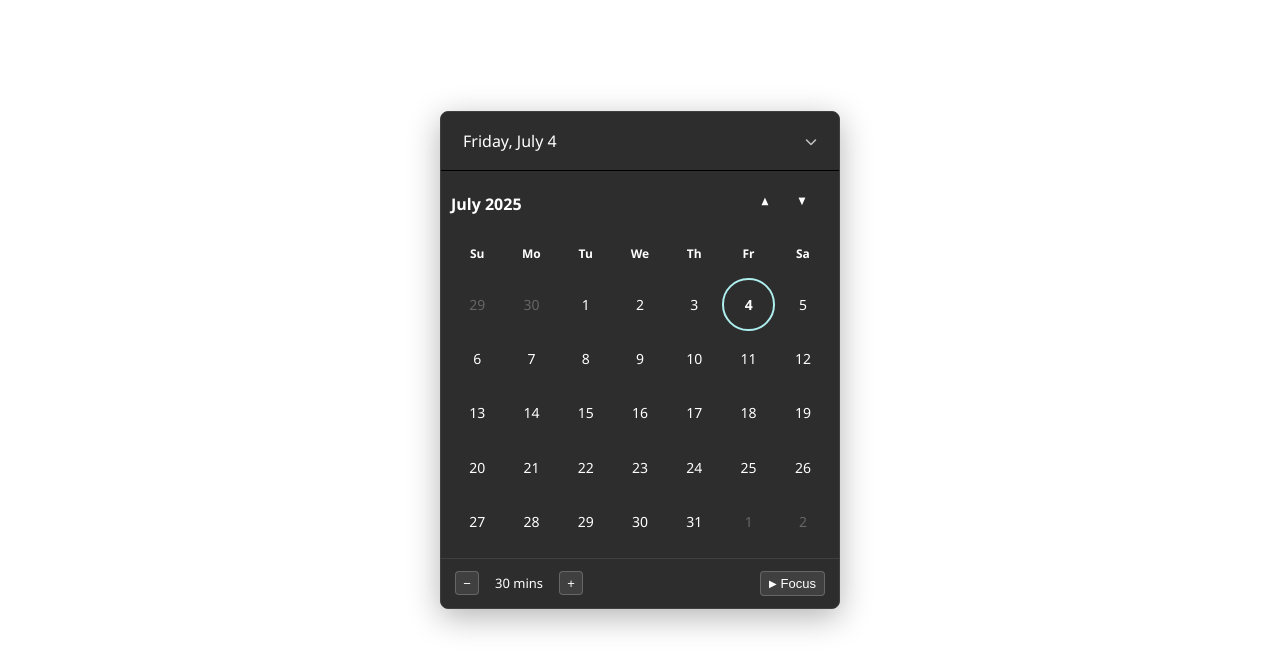
Repository: ThuTrang-jvb/JVB_BT2
Page: index.html
These files come from the project's save history. The page is drawn as it stood at one moment and after a run of saves; the edit follows.
The browser window is 1280 px wide. The pictures show the whole page.

Above is the page before, as saved 2025-07-07 11:30:16.

### index.html
<!DOCTYPE html>
<html lang="en">
<head>
  <meta charset="UTF-8" />
  <meta name="viewport" content="width=device-width, initial-scale=1.0"/>
  <title>Calendar</title>
  <link rel="stylesheet" href="style.css" />
  <link rel="stylesheet" href="https://cdnjs.cloudflare.com/ajax/libs/font-awesome/6.4.0/css/all.min.css" />
</head>
<body>
  <div class="calendar">
    <div class="top-bar">
      <div class="date-display" id="dateToggle">
        <span id="dateText">Monday, November 7</span>
        <span class="dropdown-icon" id="dropdownIcon">
          <i class="fa-solid fa-chevron-down"></i>
        </span>
      </div>
    </div>

    <div class="navigation-bar">
      <div class="title-block" id="calendarTitle">
        <span id="calendarTitleText">November 2022</span>
        <div class="arrow-controls">
          <span>&#9650;</span>
          <span>&#9660;</span>
        </div>
      </div>
    </div>

    <div class="main-calendar">
      <div class="weekday-header" id="weekdayHeader">
        <div class="weekday">Su</div>
        <div class="weekday">Mo</div>
        <div class="weekday">Tu</div>
        <div class="weekday">We</div>
        <div class="weekday">Th</div>
        <div class="weekday">Fr</div>
        <div class="weekday">Sa</div>
      </div>
      <div class="grid-display month-view" id="gridContainer"></div>
    </div>

    <div class="bottom-panel">
      <div class="control-section">
        <div class="session-control">
          <button class="btn-time" id="minusTime">−</button>
          <span class="time-display" id="durationLabel">30 mins</span>
          <button class="btn-time" id="plusTime">+</button>
        </div>
        <button class="session-btn" id="startBtn">
          <span class="session-icon">▶</span>
          <span>Focus</span>
        </button>
      </div>
    </div>
  </div>
  <script src="main.js"></script>
</body>
</html>

### style.css

* {
    margin: 0;
    padding: 0;
    box-sizing: border-box;
}

body {
    font-family: "Segoe UI", Tahoma, Geneva, Verdana, sans-serif;
    background: #ffffff;
    color: #000000;
    min-height: 100vh;
    display: flex;
    align-items: center;
    justify-content: center;
}

.calendar {
    background: #2d2d2d;
    border-radius: 8px;
    width: 100%;
    max-width: 400px;
    box-shadow: 0 8px 32px rgba(0, 0, 0, 0.3);
    border: 1px solid #404040;
    overflow: hidden;
    display: flex;
    flex-direction: column;
}

.top-bar {
    background: #2d2d2d;
    padding: 18px 22px;
    border-bottom: 1px solid #000;
}

.date-display {
    display: flex;
    align-items: center;
    justify-content: space-between;
    font-size: 16px;
    font-weight: 400;
    color: #ffffff;
    cursor: pointer;
    transition: color 0.2s ease;
}

.date-display:hover {
    color: #60a5fa;
}

.dropdown-icon {
    opacity: 0.7;
    font-size: 12px;
}

.navigation-bar {
    display: flex;
    align-items: center;
    justify-content: space-between;
    font-weight: 500;
    padding: 22px 0 22px 10px;
    background: #2d2d2d;
}

.title-block {
    display: flex;
    gap: 240px;
    font-size: 16px;
    font-weight: 600;
    color: #ffffff;
    cursor: pointer;
    transition: color 0.2s ease;
}

.title-block:hover {
    color: #60a5fa;
}

.arrow-controls {
    display: flex;
    gap: 30px;
    font-size: 10px;
    margin-left: auto;
}

.weekday-header {
    display: grid;
    grid-template-columns: repeat(7, 1fr);
    gap: 2px;
    margin-bottom: 8px;
    padding: 0 10px;
}

.weekday {
    text-align: center;
    font-size: 12px;
    font-weight: 600;
    color: white;
    padding: 8px 4px;
}

.grid-display {
    display: grid;
    gap: 2px;
    padding: 0 10px 10px;
}

.month-view {
    grid-template-columns: repeat(7, 1fr);
}

.year-view {
    grid-template-columns: repeat(4, 1fr);
    gap: 8px;
}

.decade-view {
    grid-template-columns: repeat(4, 1fr);
    gap: 8px;
}

.grid-cell,
.year-cell,
.decade-cell {
    aspect-ratio: 1;
    display: flex;
    align-items: center;
    justify-content: center;
    cursor: pointer;
    border-radius: 4px;
    font-size: 14px;
    font-weight: 400;
    transition: all 0.2s ease;
    color: #ffffff;
    min-height: 32px;
}

.grid-cell:hover,
.year-cell:hover,
.decade-cell:hover {
    background: #404040;
    border-radius: 50%;
}

.grid-cell.dimmed,
.decade-cell.dimmed {
    color: #666666;
}

.grid-cell.today,
.year-cell.current,
.decade-cell.current {
    background: #0078d4;
    color: white;
    font-weight: 600;
    border-radius: 50%;
}

.grid-cell.selected,
.year-cell.selected,
.decade-cell.selected {
    background: none;
    border: 2px solid paleturquoise;
    color: white;
    font-weight: 600;
    border-radius: 50%;
}

.bottom-panel {
    padding: 12px 14px;
    border-top: 1px solid #404040;
    background: #2d2d2d;
}

.control-section {
    display: flex;
    justify-content: space-between;
    align-items: center;
}

.session-control {
    display: flex;
    align-items: center;
    gap: 6px;
}

.btn-time {
    background: #404040;
    color: white;
    cursor: pointer;
    font-size: 13px;
    width: 24px;
    height: 24px;
    display: flex;
    align-items: center;
    justify-content: center;
    border: 1px solid rgba(255, 255, 255, 0.2);
    transition: all 0.2s ease;
    border-radius: 4px;
}

.btn-time:hover {
    color: #60a5fa;
}

.time-display {
    font-size: 13px;
    color: white;
    min-width: 60px;
    padding: 0 10px;
    text-align: center;
}

.session-btn {
    background: #404040;
    border: 1px solid rgba(255, 255, 255, 0.2);
    padding: 4px 8px;
    color: white;
    font-size: 13px;
    cursor: pointer;
    display: flex;
    align-items: center;
    gap: 4px;
    transition: color 0.2s ease;
    border-radius: 4px;
}

.session-btn:hover {
    color: #60a5fa;
    background: #404040;
}

.session-icon {
    font-size: 10px;
}

.hidden {
    display: none;
}
.main-calendar {
    overflow: hidden;
    transition: max-height 0.4s ease;
}
.main-calendar.collapsed {
  max-height: 0;
}

@media (max-width: 480px) {
    .calendar {
        width: 90%;
        margin: 10px;
    }
}

### main.js
class Calendar {
    constructor() {
        this.currentDate = new Date();
        this.selectedDate = new Date();
        this.currentMonth = new Date();
        this.viewMode = 'month';
        this.timeMinutes = 30;
        this.focusInterval = null;
        this.remainingSeconds = 0;

        this.months = [
            'January', 'February', 'March', 'April', 'May', 'June',
            'July', 'August', 'September', 'October', 'November', 'December'
        ];

        this.monthsShort = [
            'Jan', 'Feb', 'Mar', 'Apr', 'May', 'Jun',
            'Jul', 'Aug', 'Sep', 'Oct', 'Nov', 'Dec'
        ];

        this.init();
    }

    init() {
        this.bindEvents();
        this.updateDisplay();
        this.startRealTimeUpdate();
    }

    bindEvents() {
        document.getElementById('dateText').addEventListener('click', () => this.handleHeaderClick())
        document.querySelector('.dropdown-icon').addEventListener('click', () => this.isCollapsed());
        document.getElementById('calendarTitle').addEventListener('click', () => this.handleNavTitleClick());
        const arrows = document.querySelectorAll('.arrow-controls span');
        if (arrows.length >= 2) {
            arrows[0].addEventListener('click', () => this.navigate(-1));
            arrows[1].addEventListener('click', () => this.navigate(1));
        }

        document.getElementById('minusTime').addEventListener('click', () => this.adjustTime(-5));
        document.getElementById('plusTime').addEventListener('click', () => this.adjustTime(15));
        document.getElementById('startBtn').addEventListener('click', () => this.toggleFocus());
    }

    adjustTime(minutes) {
        this.timeMinutes += minutes;
        if (this.timeMinutes < 5) this.timeMinutes = 5;
        if (this.timeMinutes > 480) this.timeMinutes = 480;
        this.updateTimeDisplay();
    }

    updateTimeDisplay() {
        const timeLabel = document.getElementById('durationLabel');
        if (this.timeMinutes >= 60) {
            const hours = Math.floor(this.timeMinutes / 60);
            const mins = this.timeMinutes % 60;
            if (mins === 0) {
                timeLabel.textContent = `${hours} hr${hours > 1 ? 's' : ''}`;
            } else {
                timeLabel.textContent = `${hours}h ${mins}m`;
            }
        } else {
            timeLabel.textContent = `${this.timeMinutes} mins`;
        }
    }

    toggleFocus() {
        const focusBtn = document.getElementById('startBtn');
        const icon = focusBtn.querySelector('.session-icon');
        const text = focusBtn.querySelector('span:last-child');

        if (text.textContent === 'Focus') {
            text.textContent = 'Stop';
            icon.textContent = '⏸';
            focusBtn.style.color = '#60a5fa';
            this.remainingSeconds = this.timeMinutes * 60;

            this.focusInterval = setInterval(() => {
                this.remainingSeconds--;
                this.updateCountdownDisplay();

                if (this.remainingSeconds <= 0) {
                    clearInterval(this.focusInterval);
                    this.focusInterval = null;
                    alert("Time's up!");
                    this.resetFocusButton();
                }
            }, 1000);

        } else {
            clearInterval(this.focusInterval);
            this.focusInterval = null;
            this.resetFocusButton();
            this.updateTimeDisplay();
        }
    }

    updateCountdownDisplay() {
        const timeLabel = document.getElementById('durationLabel');
        const minutes = Math.floor(this.remainingSeconds / 60);
        const seconds = this.remainingSeconds % 60;
        timeLabel.textContent = `${minutes}m ${seconds}s`;
    }

    resetFocusButton() {
        const focusBtn = document.getElementById('startBtn');
        const icon = focusBtn.querySelector('.session-icon');
        const text = focusBtn.querySelector('span:last-child');

        text.textContent = 'Focus';
        icon.textContent = '\u25B6';
        focusBtn.style.color = '#888888';
    }

    startRealTimeUpdate() {
        setInterval(() => {
            this.currentDate = new Date();
            this.updateHeaderDate();
        }, 1000);
    }

    handleHeaderClick() {
            this.viewMode = 'month';
            this.currentMonth = new Date(this.currentDate);
            this.selectedDate = new Date(this.currentDate);
            this.updateDisplay();

    }

    handleNavTitleClick() {
        switch (this.viewMode) {
            case 'month':
                this.viewMode = 'year';
                break;
            case 'year':
                this.viewMode = 'decade';
                break;
        }
        this.updateDisplay();
    }

    navigate(direction) {
        switch (this.viewMode) {
            case 'month':
                this.currentMonth.setMonth(this.currentMonth.getMonth() + direction);
                break;
            case 'year':
                this.currentMonth.setFullYear(this.currentMonth.getFullYear() + direction);
                break;
            case 'decade':
                this.currentMonth.setFullYear(this.currentMonth.getFullYear() + direction * 10);
                break;
        }
        this.updateDisplay();
    }

    updateDisplay() {
        this.updateHeaderDate();
        this.updateNavTitle();
        this.updateCalendarGrid();
        this.updateWeekdayHeader();
        this.updateTimeDisplay();
    }

    updateHeaderDate() {
        const options = { weekday: 'long', month: 'long', day: 'numeric' };
        const dateText = this.currentDate.toLocaleDateString('en-US', options);

        document.getElementById('dateText').textContent = dateText;
    }

    updateNavTitle() {
        let titleText = '';
        switch (this.viewMode) {
            case 'month':
                titleText = `${this.months[this.currentMonth.getMonth()]} ${this.currentMonth.getFullYear()}`;
                break;
            case 'year':
                titleText = this.currentMonth.getFullYear().toString();
                break;
            case 'decade':
                const startYear = Math.floor(this.currentMonth.getFullYear() / 10) * 10;
                titleText = `${startYear} - ${startYear + 9}`;
                break;
        }
        document.getElementById('calendarTitleText').textContent = titleText;
    }

    updateWeekdayHeader() {
        const header = document.getElementById('weekdayHeader');
        const grid = document.getElementById('gridContainer');

        if (this.viewMode === 'month') {
            header.classList.remove('hidden');
            grid.className = 'grid-display month-view';
        } else {
            header.classList.add('hidden');
            grid.className = `grid-display ${this.viewMode}-view`;
        }
    }

    updateCalendarGrid() {
        const grid = document.getElementById('gridContainer');
        grid.innerHTML = '';

        switch (this.viewMode) {
            case 'month':
                this.renderMonthView(grid);
                break;
            case 'year':
                this.renderYearView(grid);
                break;
            case 'decade':
                this.renderDecadeView(grid);
                break;
        }
    }

    renderMonthView(grid) {
        const daysInMonth = new Date(this.currentMonth.getFullYear(), this.currentMonth.getMonth() + 1, 0).getDate();
        const firstDay = new Date(this.currentMonth.getFullYear(), this.currentMonth.getMonth(), 1).getDay();
        const prevMonth = new Date(this.currentMonth.getFullYear(), this.currentMonth.getMonth(), 0);
        const prevMonthDays = prevMonth.getDate();

        for (let i = firstDay - 1; i >= 0; i--) {
            const day = document.createElement('div');
            day.className = 'grid-cell dimmed';
            day.textContent = prevMonthDays - i;
            grid.appendChild(day);
        }

        for (let day = 1; day <= daysInMonth; day++) {
            const date = new Date(this.currentMonth.getFullYear(), this.currentMonth.getMonth(), day);
            const dayElement = document.createElement('div');
            dayElement.className = 'grid-cell';
            dayElement.textContent = day;

            if (this.isSameDay(date, this.currentDate)) dayElement.classList.add('today');
            if (this.isSameDay(date, this.selectedDate)) dayElement.classList.add('selected');

            dayElement.addEventListener('click', () => {
                this.selectedDate = new Date(date);
                this.updateDisplay();
            });

            grid.appendChild(dayElement);
        }

        const totalCells = Math.ceil((firstDay + daysInMonth) / 7) * 7;
        const remainingCells = totalCells - (firstDay + daysInMonth);

        for (let day = 1; day <= remainingCells; day++) {
            const dayElement = document.createElement('div');
            dayElement.className = 'grid-cell dimmed';
            dayElement.textContent = day;
            grid.appendChild(dayElement);
        }
    }

    renderYearView(grid) {
        for (let month = 0; month < 12; month++) {
            const monthElement = document.createElement('div');
            monthElement.className = 'year-cell';
            monthElement.textContent = this.monthsShort[month];

            const date = new Date(this.currentMonth.getFullYear(), month, 1);

            if (month === this.currentDate.getMonth() && this.currentMonth.getFullYear() === this.currentDate.getFullYear()) {
                monthElement.classList.add('current');
            }
            if (month === this.currentMonth.getMonth()) {
                monthElement.classList.add('selected');
            }

            monthElement.addEventListener('click', () => {
                this.currentMonth.setMonth(month);
                this.viewMode = 'month';
                this.updateDisplay();
            });

            grid.appendChild(monthElement);
        }
    }

    renderDecadeView(grid) {
        const currentYear = this.currentMonth.getFullYear();
        const startYear = Math.floor(currentYear / 10) * 10 - 2;

        for (let i = 0; i < 16; i++) {
            const year = startYear + i;
            const yearElement = document.createElement('div');
            yearElement.className = 'decade-cell';
            yearElement.textContent = year;

            if (year === this.currentDate.getFullYear()) yearElement.classList.add('current');
            if (year === this.currentMonth.getFullYear()) yearElement.classList.add('selected');
            if (i < 2 || i > 13) yearElement.classList.add('dimmed');

            yearElement.addEventListener('click', () => {
                this.currentMonth.setFullYear(year);
                this.viewMode = 'year';
                this.updateDisplay();
            });

            grid.appendChild(yearElement);
        }
    }

    isSameDay(date1, date2) {
        return date1.getDate() === date2.getDate() &&
               date1.getMonth() === date2.getMonth() &&
               date1.getFullYear() === date2.getFullYear();
    }
    isCollapsed() {
        const calendar = document.querySelector('.calendar');
        const mainCalendar = document.querySelector('.main-calendar');
        const navigationBar = document.querySelector('.navigation-bar');
        const dropdownIcon = document.getElementById('dropdownIcon');

        calendar.classList.toggle('collapsed');

        if (calendar.classList.contains('collapsed')) {
            mainCalendar.style.display = 'none';
            navigationBar.style.display = 'none';

            // Đổi icon mũi tên thành hướng lên
            if (dropdownIcon.tagName === 'I') {
                dropdownIcon.classList.remove('fa-chevron-down');
                dropdownIcon.classList.add('fa-chevron-up');
            } else {
                dropdownIcon.textContent = '▲';
            }
        } else {
            mainCalendar.style.display = '';
            navigationBar.style.display = '';

            // Đổi icon mũi tên thành hướng xuống
            if (dropdownIcon.tagName === 'I') {
                dropdownIcon.classList.remove('fa-chevron-up');
                dropdownIcon.classList.add('fa-chevron-down');
            } else {
                dropdownIcon.textContent = '▼';
            }
        }
    }

}

document.addEventListener('DOMContentLoaded', () => {
    new Calendar();
});

After the next 2 saves:
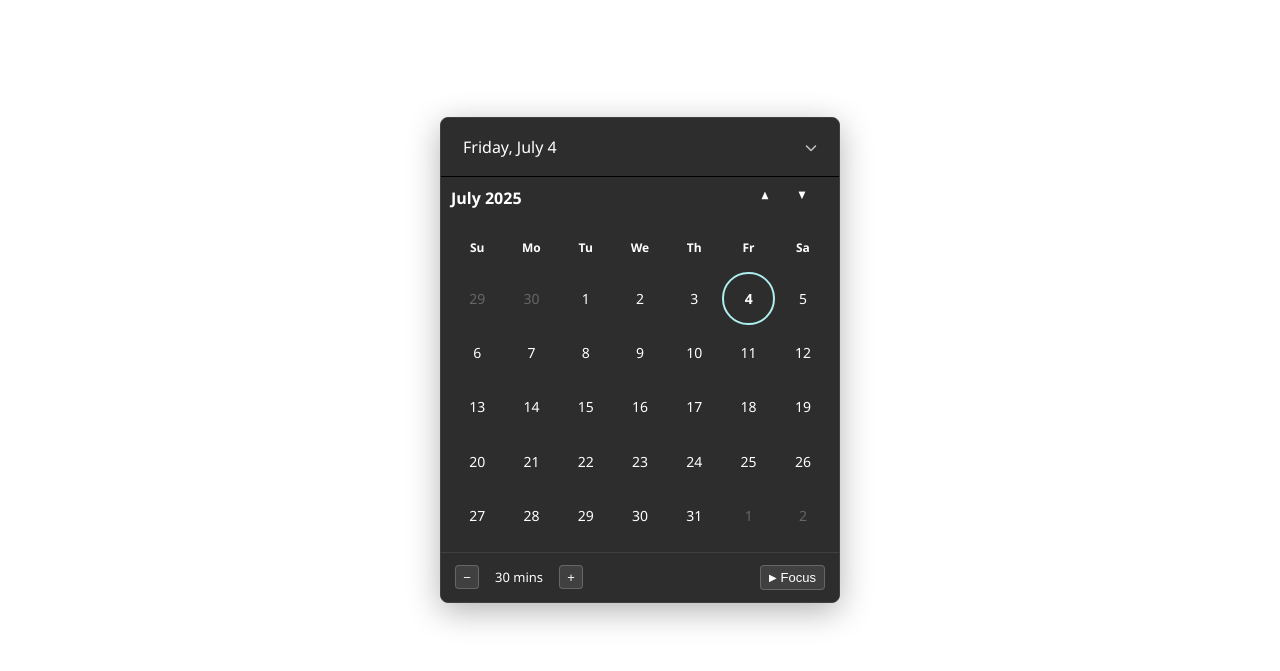
The 2 saves are shown as one change because they came seconds apart.
The last was saved 26 s later.
--- a/style.css
+++ b/style.css
@@ -58,7 +58,7 @@ body {
     align-items: center;
     justify-content: space-between;
     font-weight: 500;
-    padding: 22px 0 22px 10px;
+    padding: 10px 0 22px 10px;
     background: #2d2d2d;
 }
 
